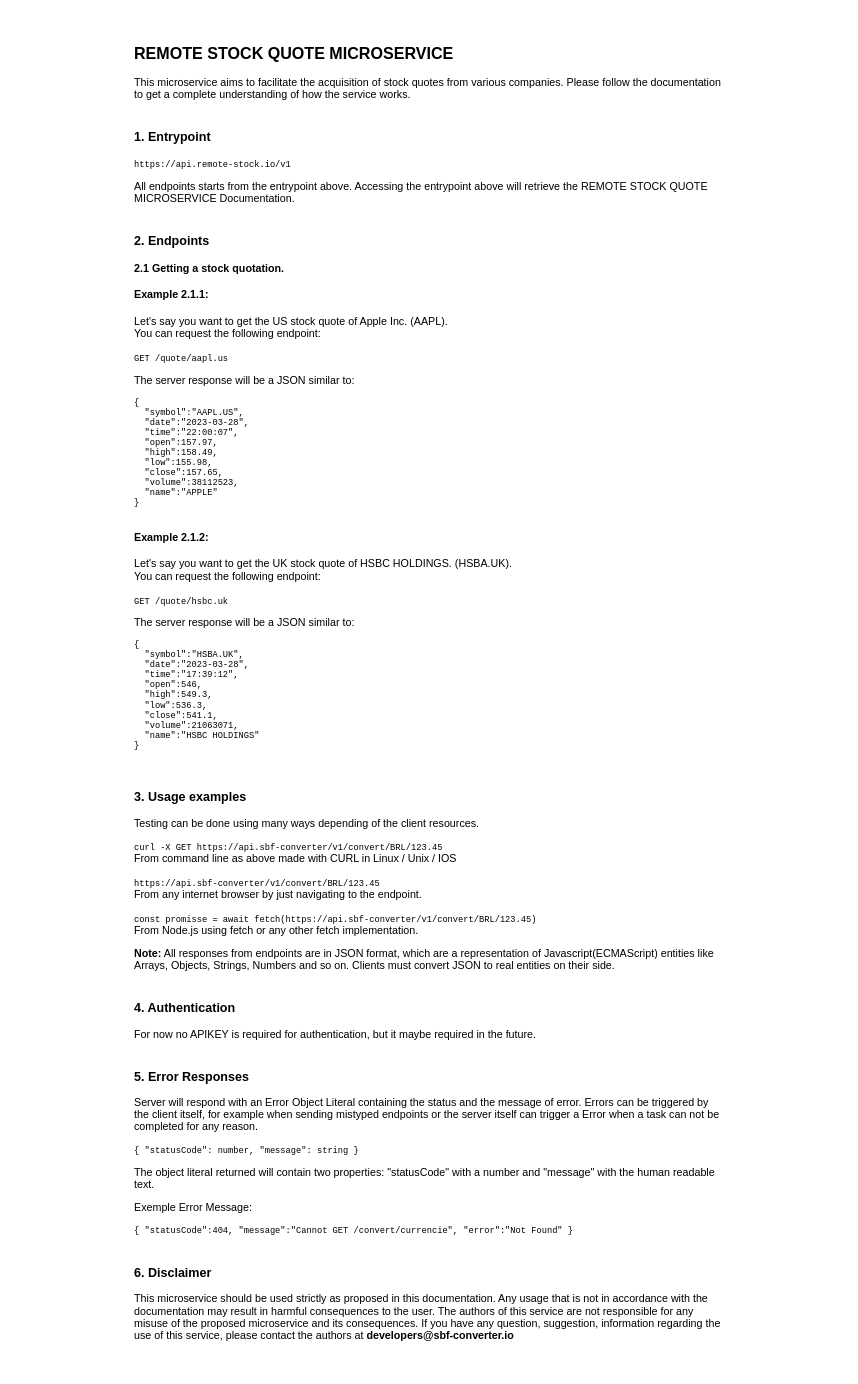
Repository: miguelamello/nest-js
Page: api-service/documentation.html
An editor plug-in stored every save of this project. The page is shown before and after a run of saves, followed by the edit.
The browser window is 1280 px wide. The pictures show the whole page, at 67% of full size.

Above is the page before, as saved 2023-03-28 18:27:23.

After the next 2 saves:
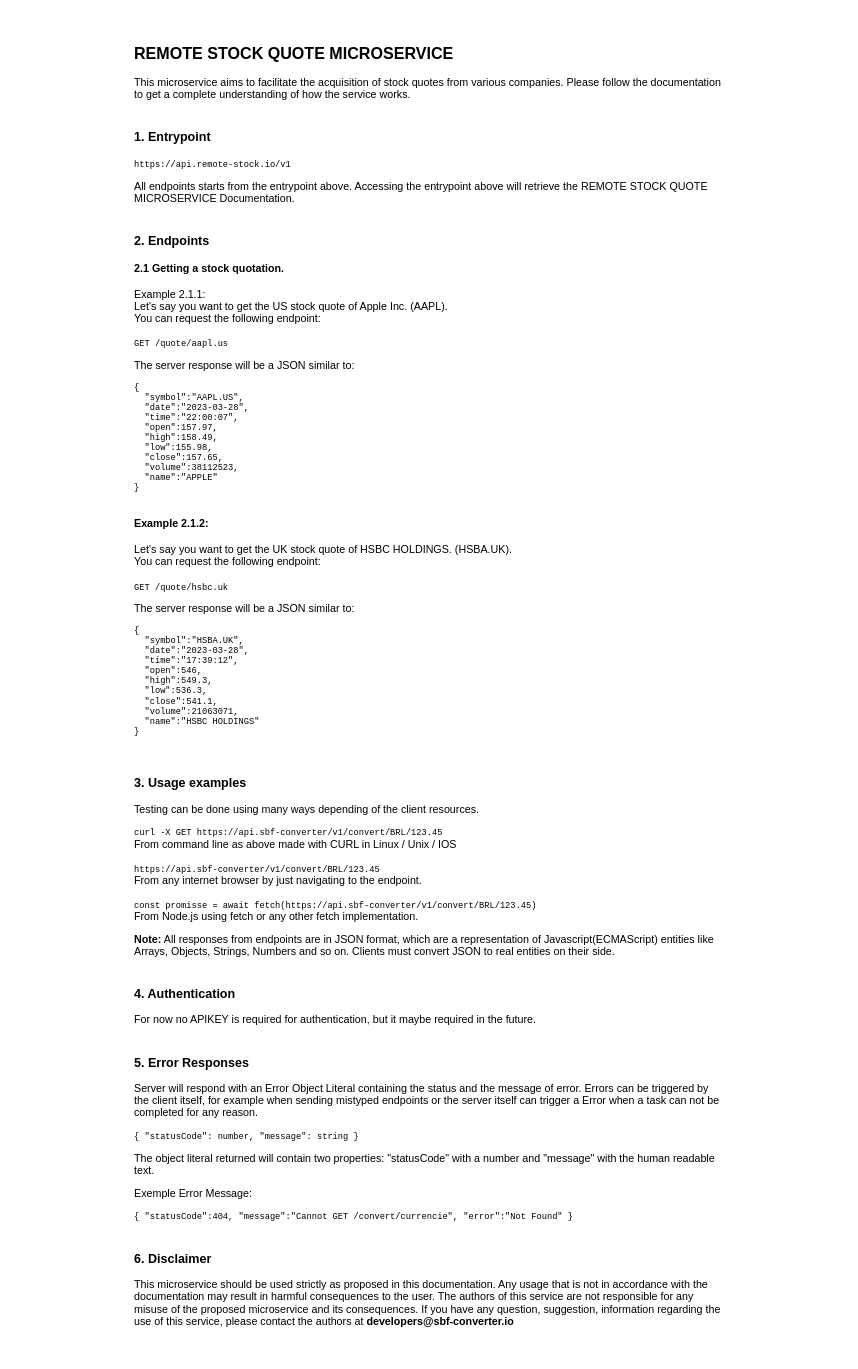
The 2 saves are shown as one change because they came seconds apart.
The last was saved 25 s later.
--- a/api-service/documentation.html
+++ b/api-service/documentation.html
@@ -37,7 +37,7 @@
   <h4>2.1 Getting a stock quotation.</h4>
 
   <p>
-    <h4>Example 2.1.1:</h4>
+    <div>Example 2.1.1:</div>
     <div>Let's say you want to get the US stock quote of Apple Inc. (AAPL).</div>
     <div>You can request the following endpoint:</div><br>
     <code>GET /quote/aapl.us</code>
